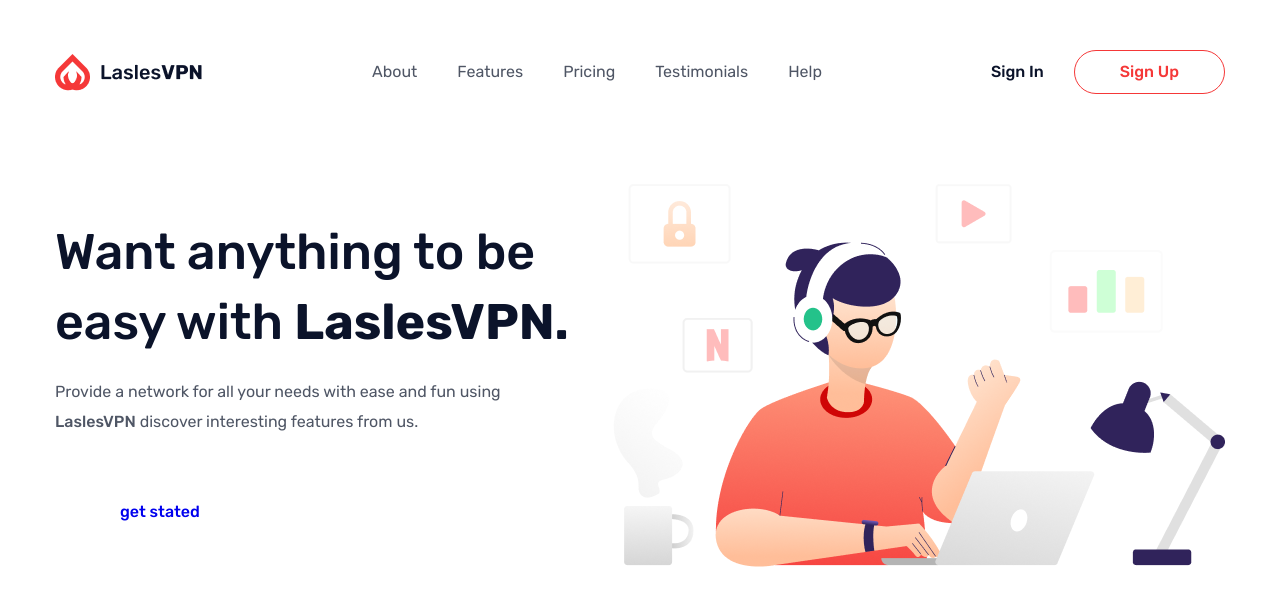
Repository: longvuht/lasles-VPN-vu
Page: index.html
An editor plug-in stored every save of this project. The page is shown before and after the next save, followed by the edit.
The browser window is 1280 px wide. The pictures show the whole page.
The style sheet was rebuilt from its Sass, Less or Tailwind sources for each picture, by a compiler version that may differ from the author's.

Above is the page before, as saved 2022-09-10 16:44:26.

After the next save:
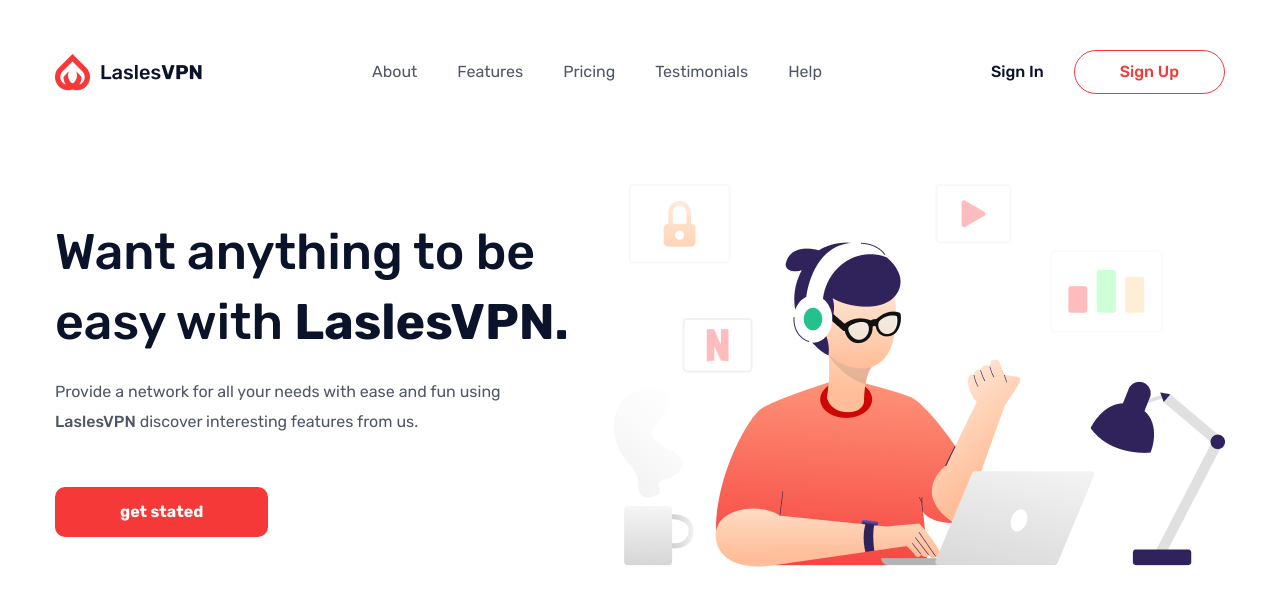
Saved 62 s later.
--- a/index.html
+++ b/index.html
@@ -59,7 +59,9 @@
                   <strong>LaslesVPN</strong> discover interesting features from
                   us.
                 </p>
-                <a href="#" class="button button--rounded">get stated</a>
+                <a href="#" class="button button--rounded button--primary"
+                  >get stated</a
+                >
               </div>
               <div class="hero-image">
                 <img src="./img/hero-img.png" alt="hero image" />
